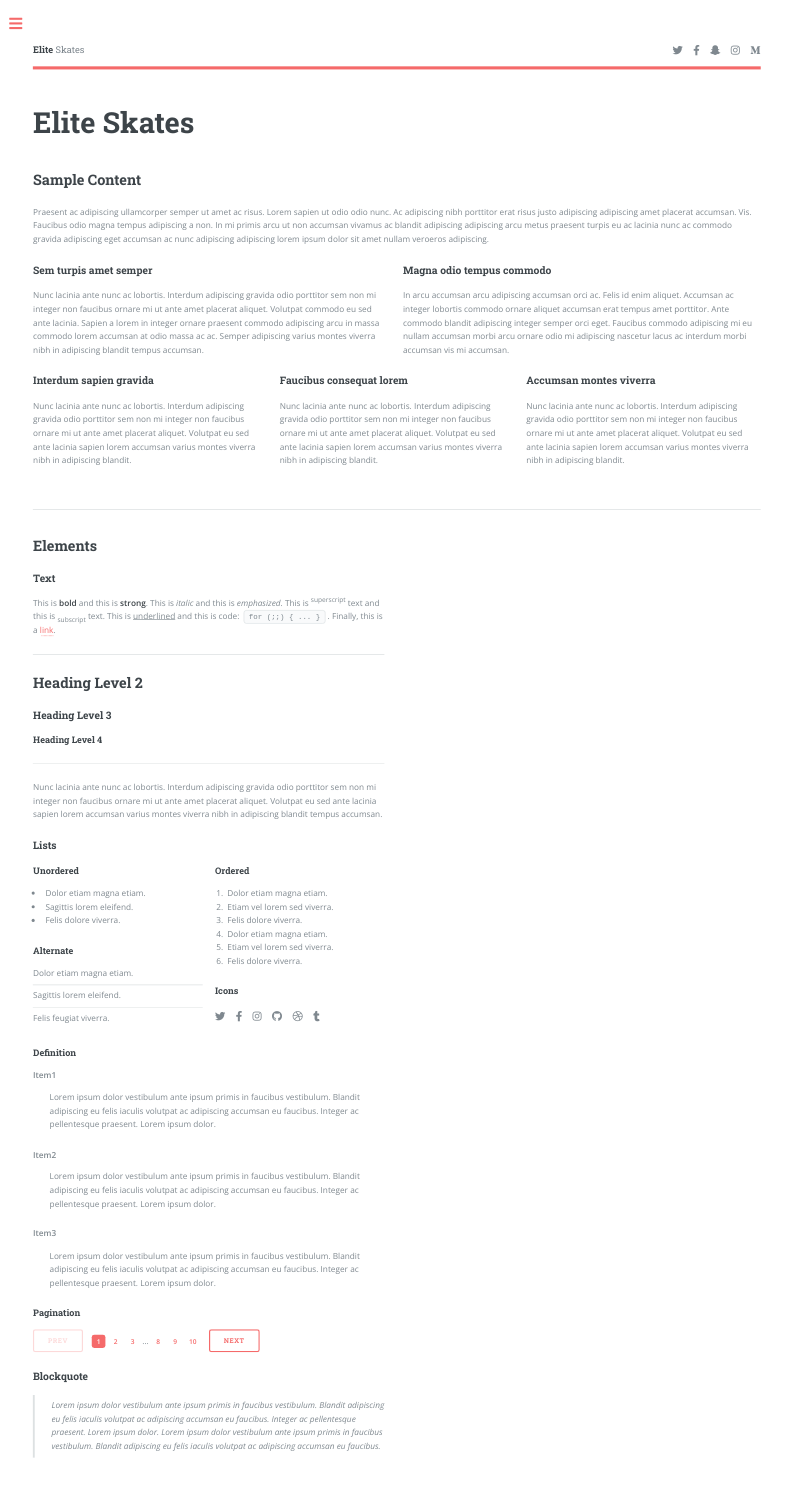
Repository: rachel648/New_Elite
Page: elements.html
An editor plug-in stored every save of this project. The page is shown before and after the next save, followed by the edit.
The browser window is 1280 px wide. The pictures show the whole page, at 62% of full size.

Above is the page before, as saved 2024-10-14 12:11:00.

After the next save:
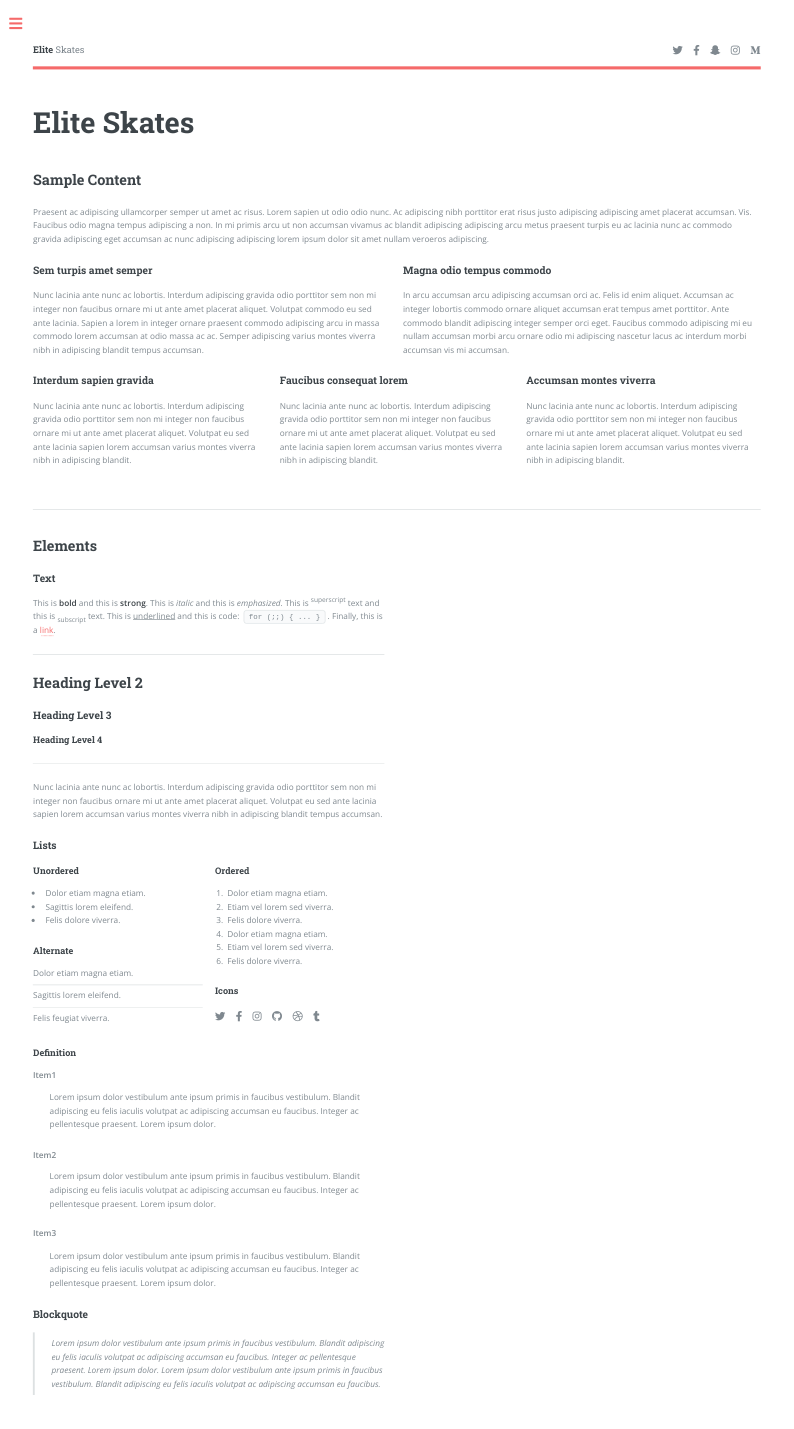
Saved 16 s later.
--- a/elements.html
+++ b/elements.html
@@ -140,19 +140,6 @@
 														</dd>
 													</dl>
 
-
-													<h4>Pagination</h4>
-													<ul class="pagination">
-														<li><span class="button disabled">Prev</span></li>
-														<li><a href="#" class="page active">1</a></li>
-														<li><a href="#" class="page">2</a></li>
-														<li><a href="#" class="page">3</a></li>
-														<li><span>&hellip;</span></li>
-														<li><a href="#" class="page">8</a></li>
-														<li><a href="#" class="page">9</a></li>
-														<li><a href="#" class="page">10</a></li>
-														<li><a href="#" class="button">Next</a></li>
-													</ul>
 
 												<!-- Blockquote -->
 													<h3>Blockquote</h3>
